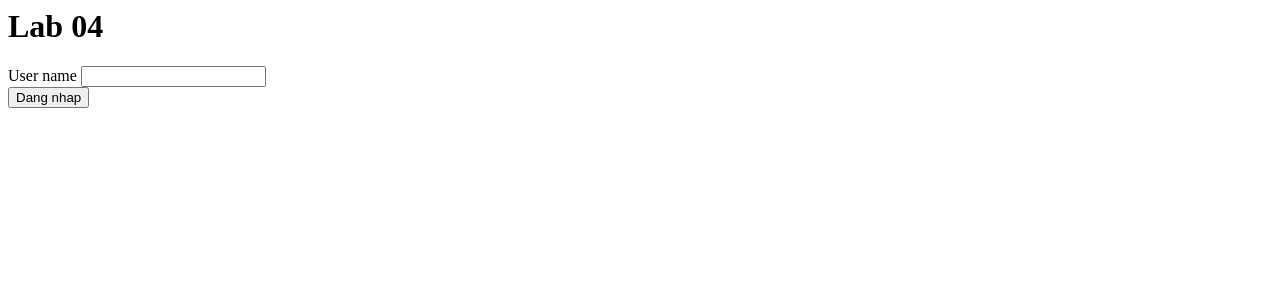
Repository: LuongPTCE181311/learning_typeScript_topic_1
Page: chapter06/Lab04/lab04.html
These files come from the project's save history. The page is drawn as it stood at one moment and after a run of saves; the edit follows.
The browser window is 1280 px wide. The pictures show the whole page.

Above is the page before, as saved 2025-12-02 12:56:19.

### chapter06/Lab04/lab04.html
<html lang="en">
<head>
    <meta charset="UTF-8">
    <meta name="viewport" content="width=device-width, initial-scale=1.0">
    <title>Document</title>
</head>
<body>
    <h1>Lab 04</h1>
    <div>
        <span>User name</span>
        <input id="input"/>
        <br>
        <button id="submit">Dang nhap</button>
    </div>
    <script src="lab04.js"></script>
</body>
</html>

Loaded but not shown: chapter06/Lab04/lab04.js (no stored copy; drawn as an empty file)

After the next 2 saves:
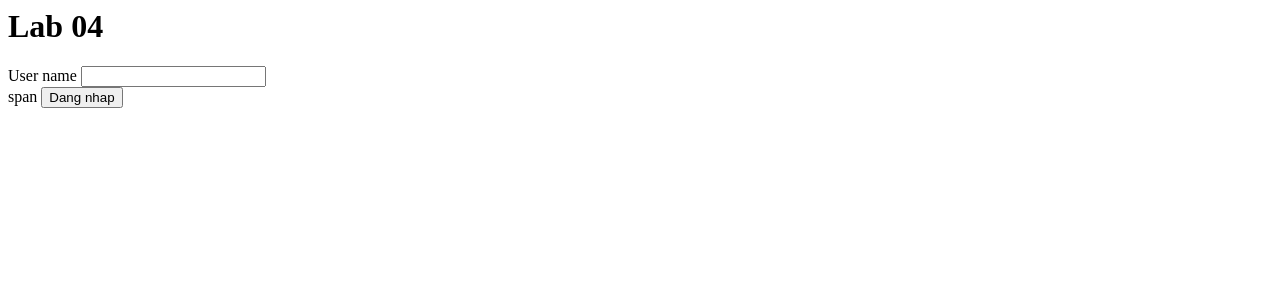
The 2 saves are shown as one change because they came seconds apart.
The last was saved 6 s later.
--- a/chapter06/Lab04/lab04.html
+++ b/chapter06/Lab04/lab04.html
@@ -9,7 +9,8 @@
     <div>
         <span>User name</span>
         <input id="input"/>
-        <br>
+        <br />
+        span
         <button id="submit">Dang nhap</button>
     </div>
     <script src="lab04.js"></script>

After the save that followed:
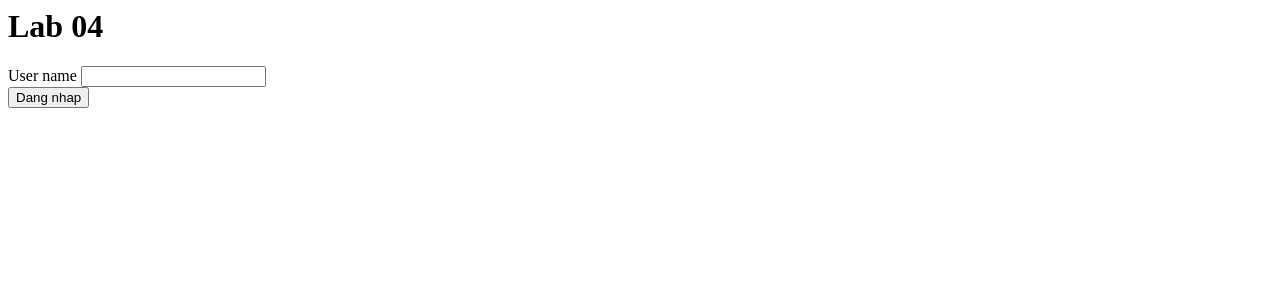
Saved 4 s later.
--- a/chapter06/Lab04/lab04.html
+++ b/chapter06/Lab04/lab04.html
@@ -10,7 +10,7 @@
         <span>User name</span>
         <input id="input"/>
         <br />
-        span
+        <span></span>
         <button id="submit">Dang nhap</button>
     </div>
     <script src="lab04.js"></script>
